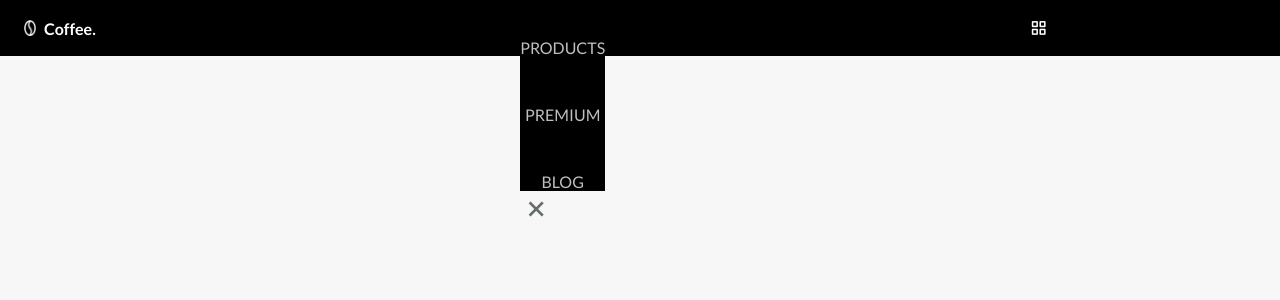
Repository: phong121020/coffee-responsive
Page: index.html
An editor plug-in stored every save of this project. The page is shown before and after the next save, followed by the edit.
The browser window is 1280 px wide. The pictures show the whole page.

Above is the page before, as saved 2022-03-06 14:48:54.

After the next save:
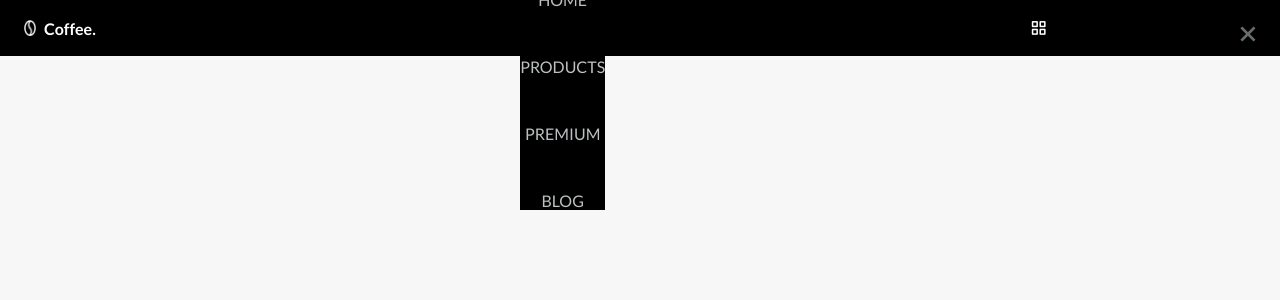
Saved 36 s later.
--- a/assets/css/style.css
+++ b/assets/css/style.css
@@ -194,4 +194,7 @@ button {
 }
 .nav__close {
   font-size: 2rem;
-}
+  position: absolute;
+  top: 1rem;
+  right: 1rem;
+}
